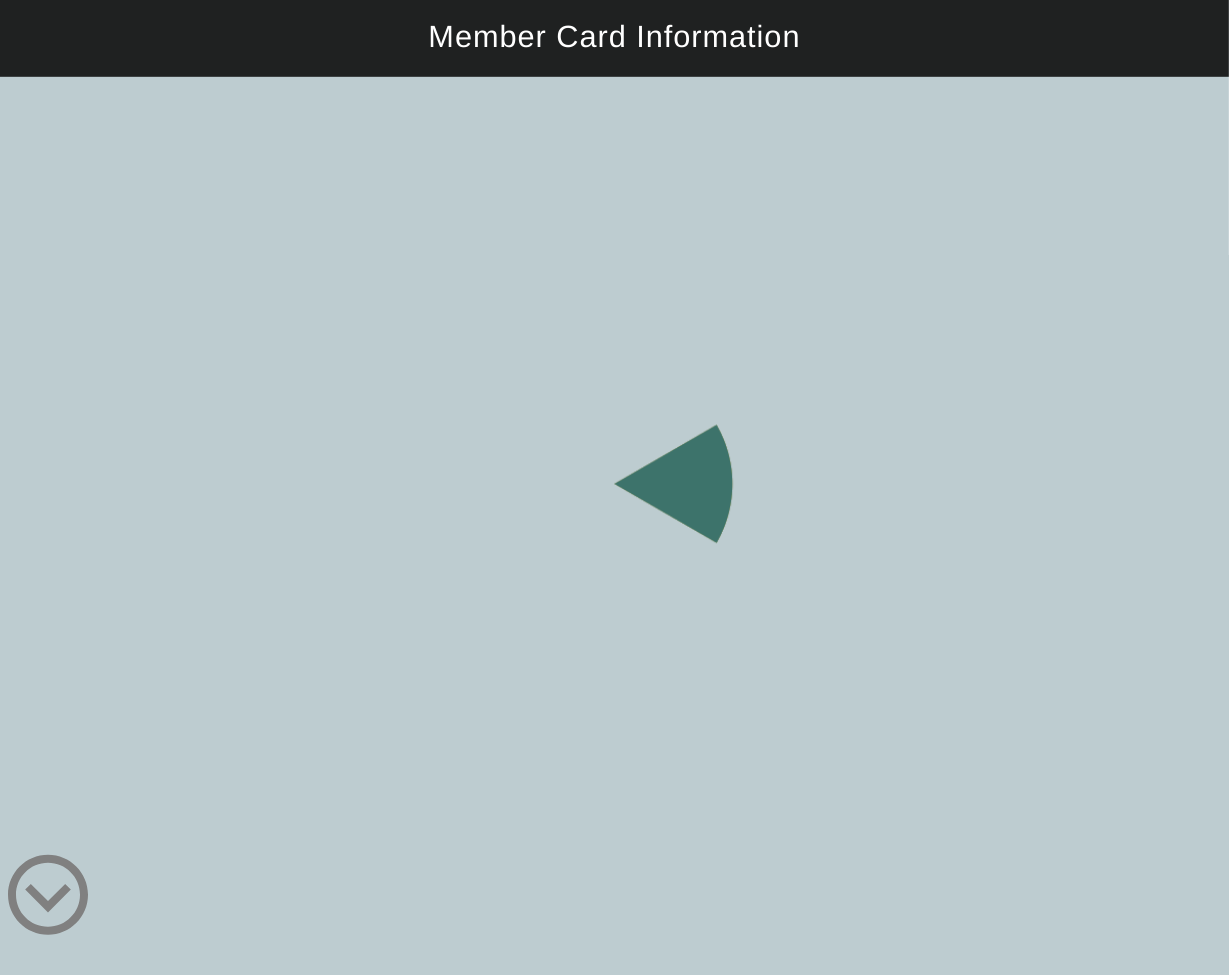
Repository: Leooook/lzhao-fed-test
Page: /
The author's editor kept a copy of each file at every save. The page is drawn from the files as they stood at one save, then again after the next save.
The browser window is 1280 px wide. The pictures show the whole page, at 96% of full size.
The page's requests for data from a server got no answer. The project was rebuilt for these pictures with package versions that can differ from the ones it lists, and the page was loaded fresh each time. No one was signed in, and anything a server would have sent is missing. Also part of the build but not shown: src/components/detail.jsx.

Above is the page before, as saved 2021-03-15 21:21:49.

### src/index.html
<!DOCTYPE html>
<html lang="en">
	<head>
		<meta charset="utf-8" />
		<meta http-equiv="X-UA-Compatible" content="IE=edge,chrome=1" />
		<title>Member Card Info</title>
		<meta name="description" content="" />
		<meta name="viewport" content="width=device-width, initial-scale=1.0, maximum-scale=1.0, user-scalable=no" />
	</head>
	<body>
		<div id="root" class="react-root"></div>
	</body>
</html>

### src/App.js
import React, {useState} from 'react';
import {BiChevronDownCircle} from 'react-icons/bi'

import './App.css'
import Header from './components/header.jsx'
import Feature from './components/feature.jsx'

export default function App() {
  const [featureAmount, setFeatureAmount] = useState([1])

  const setFeature = () => {
    setFeatureAmount(featureAmount => {return [...featureAmount, 1]})
  }

	return (
    <div className='app'>
      <Header />
      {
        featureAmount.map((key) => <Feature key = {key}/>)
      }
      <BiChevronDownCircle className='add-feature' onClick={() => setFeature()}/>
    </div>
  )
}

### src/App.css
* {
	margin: 0;
	padding: 0;
	box-sizing: border-box;
}
:root {
	--nav-black: rgba(14, 14, 14, 0.897);
	--white: #ffffff;
	--light-blue: rgb(189, 204, 208);
	--grey: rgb(145, 145, 145);
	--light-grey: rgb(209, 209, 209);
}
/* app */
.app {
	max-width: 100vw;
	min-height: 100vh;
	background-color: var(--light-blue);
}
.add-feature {
	color: gray;
	width: 100px;
	height: 100px;
	margin: 30px auto;
}
/* end of app */
/* header */
.header {
	background-color: var(--nav-black);
	height: 80px;
	padding: 20px;
	margin-bottom: 80px;
	font-size: 2rem;
	font-family: 'Franklin Gothic Medium', 'Arial Narrow', Arial, sans-serif;
	text-align: center;
	color: var(--white);
	letter-spacing: 1px;
}
@media screen and (max-width: 500px) {
	.header {
		margin-bottom: 30px;
		padding: 30px;
		font-size: 1.4rem;
	}
}
/* end of header */
/* loader */
.load {
	width: 100%;
}
.loadPic {
	width: 20%;
	margin: 30vh 40%;
}
/* end of loader */
/* feature */
.feature {
	margin-top: -65px;
	padding: 60px 8%;
	display: grid;
	grid-template-columns: repeat(auto-fill, minmax(450px, 1fr));
	grid-row-gap: 50px;
	grid-column-gap: 80px;
}
@media screen and (max-width: 500px) {
	.feature {
		padding: 30px 20px;
		display: initial;
	}
}
/* end of feature */
/* detail */
.detail {
	margin: auto;
	padding: 10px 20px;
	width: 450px;
	height: 240px;
	background: hsla(0, 0%, 100%, .3);
	border-radius: 6px;
	box-shadow: 0 6px 20px 6px rgba(0, 0, 0, 0.207);
	display: flex;
	align-items: center;
	cursor: pointer;
	transition: all linear 0.2s;
}
.detail:hover {
	transform: scale(1.05);
	box-shadow: 0 10px 30px 10px rgba(0, 0, 0, 0.207);
}
.left-section {
	width: calc(40% - 20px);
	margin-right: 10%;
}
.right-section {
	width: clac(50% - 20px);
}
.detail-pic {
	margin: 0 auto;
	height: 140px;
	width: 140px;
	border-radius: 50%;
	box-shadow: 0 0 10px 8px var(--light-grey);
}
.detail-info {
	margin-bottom: 10px;
}
.detail-name {
	font-family: 'Playfair Display', serif;
	font-weight: bold;
	font-size: 1.3rem;
}
.detail-name2 {
	font-weight: 100;
	font-size: 0.9rem;
	color: rgb(82, 82, 82);
	font-style: oblique;
}
.detail-sex-date {
	display: flex;
}
.detail-date {
	margin-right: 13px;
}
.detail-font {
	font-family: 'Source Sans Pro', sans-serif;
	font-size: 0.8rem;
}
@media screen and (max-width: 500px) {
	.detail {
		margin-bottom: 30px;
		width: 90vw;
		height: 50vw;
	}
	.detail-pic {
		height: 100px;
		width: 100px;
	}
	.detail-info {
		margin-bottom: 6px;
	}
	.detail-name {
		font-size: 1rem;
	}
	.detail-name2 {
		font-size: 0.8rem;
	}
	.detail-date {
		margin-right: 8px;
	}
	.detail-font {
		font-size: 0.75rem;
	}
}
/* end of detail */

### src/components/header.jsx
import React, { Component } from 'react'

class Header extends Component {
	render() {
		return <section className="header">Member Card Information</section>
	}
}

export default Header

### src/components/feature.jsx
import React, { Component } from 'react'

import Loader from './loader.jsx'
import Detail from './detail.jsx'

class Feature extends Component {
	state = {
		dataSet: [],
		dataAmount: 6
	}

	fetchData = () => {
		fetch('https://randomuser.me/api/', {
			method: 'GET'
		})
			.then((response) => response.json())
			.then((data) => {
				let dataSet = this.state.dataSet
				dataSet.push(data.results[0])
				this.setState({ dataSet })
			})
			.catch((error) => {
				console.error('Error:', error)
			})
	}

	componentDidMount() {
		for (let i = 0; i < this.state.dataAmount; i++) {
			this.fetchData()
		}
	}

	render() {
		if (this.state.dataSet.length === 0 || this.state.dataSet.length % 6 !== 0) {
			return <Loader />
		} else {
			return (
				<section className="feature">
					{this.state.dataSet.map((each, key) => <Detail key={key} data={each} />)}
				</section>
			)
		}
	}
}

export default Feature

### src/components/loader.jsx
import React from 'react'

import loadPic from '../images/load.gif'

function Loader() {
	return (
		<section className="load">
			<img src={loadPic} className="loadPic" alt="load" />
		</section>
	)
}

export default Loader

Loaded but not shown: src/index.js (common file)

After the next save:
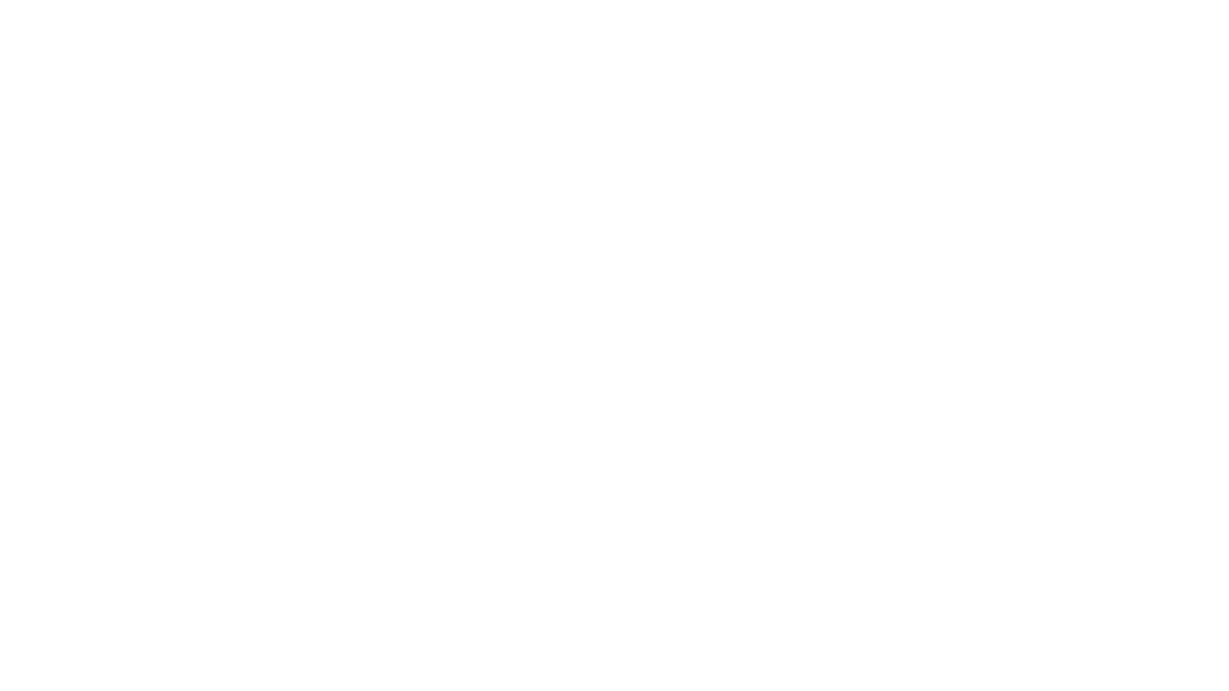
Console error: ReferenceError: BiChevronDownCircle is not defined
Saved 14 s later.
--- a/src/App.js
+++ b/src/App.js
@@ -1,5 +1,5 @@
 import React, {useState} from 'react';
-import {BiChevronDownCircle} from 'react-icons/bi'
+import {BiChevronDownCBsCaretDownircle} from 'react-icons/bi'
 
 import './App.css'
 import Header from './components/header.jsx'

After the 4 saves that followed:
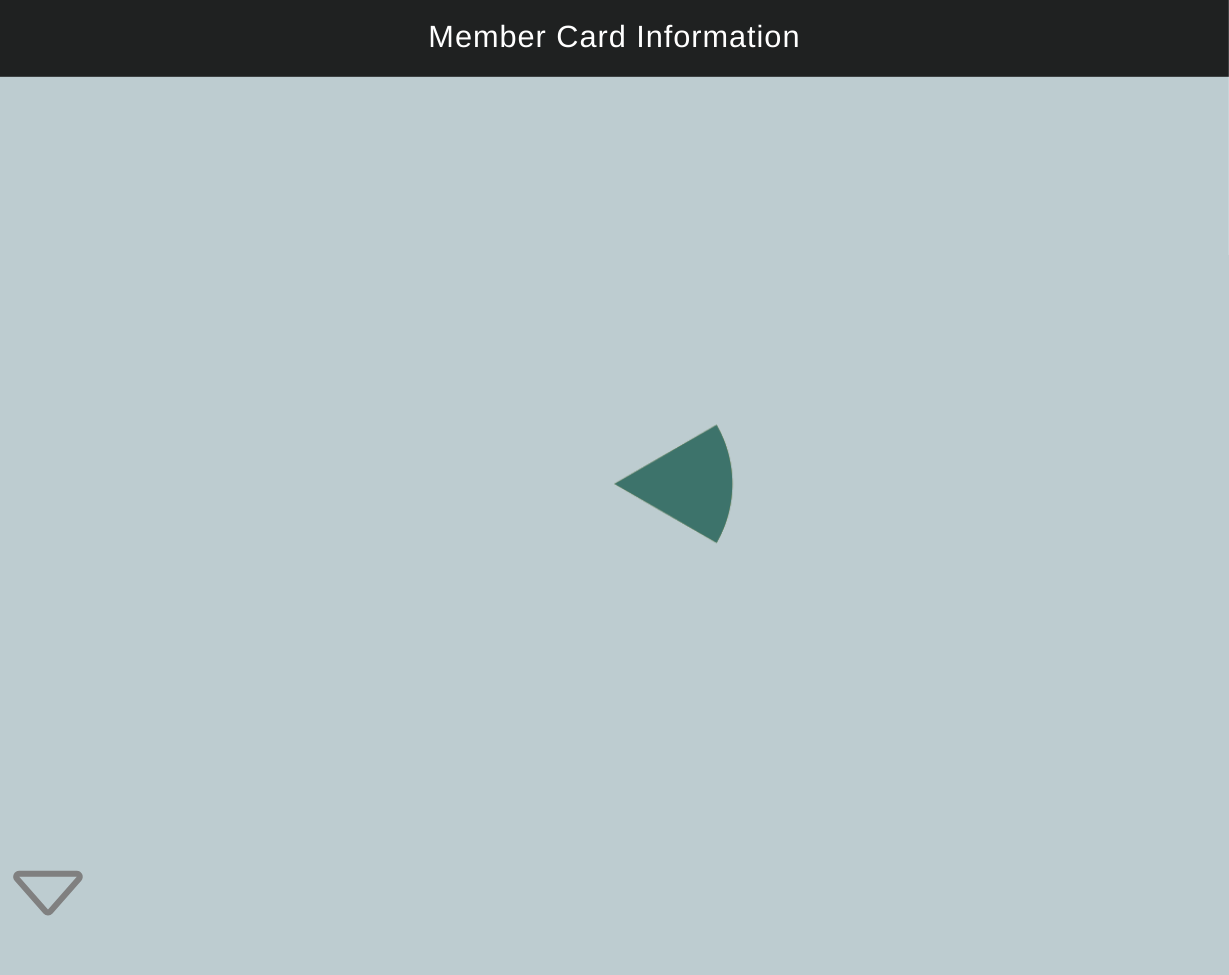
The error is gone.
The 4 saves are shown as one change because 2 left the picture as it was and some came seconds apart.
The last was saved 25 s later.
--- a/src/App.js
+++ b/src/App.js
@@ -1,5 +1,5 @@
 import React, {useState} from 'react';
-import {BiChevronDownCBsCaretDownircle} from 'react-icons/bi'
+import {BsCaretDown} from 'react-icons/bs'
 
 import './App.css'
 import Header from './components/header.jsx'
@@ -18,7 +18,7 @@
       {
         featureAmount.map((key) => <Feature key = {key}/>)
       }
-      <BiChevronDownCircle className='add-feature' onClick={() => setFeature()}/>
+      <BsCaretDown className='add-feature' onClick={() => setFeature()}/>
     </div>
   )
 }
